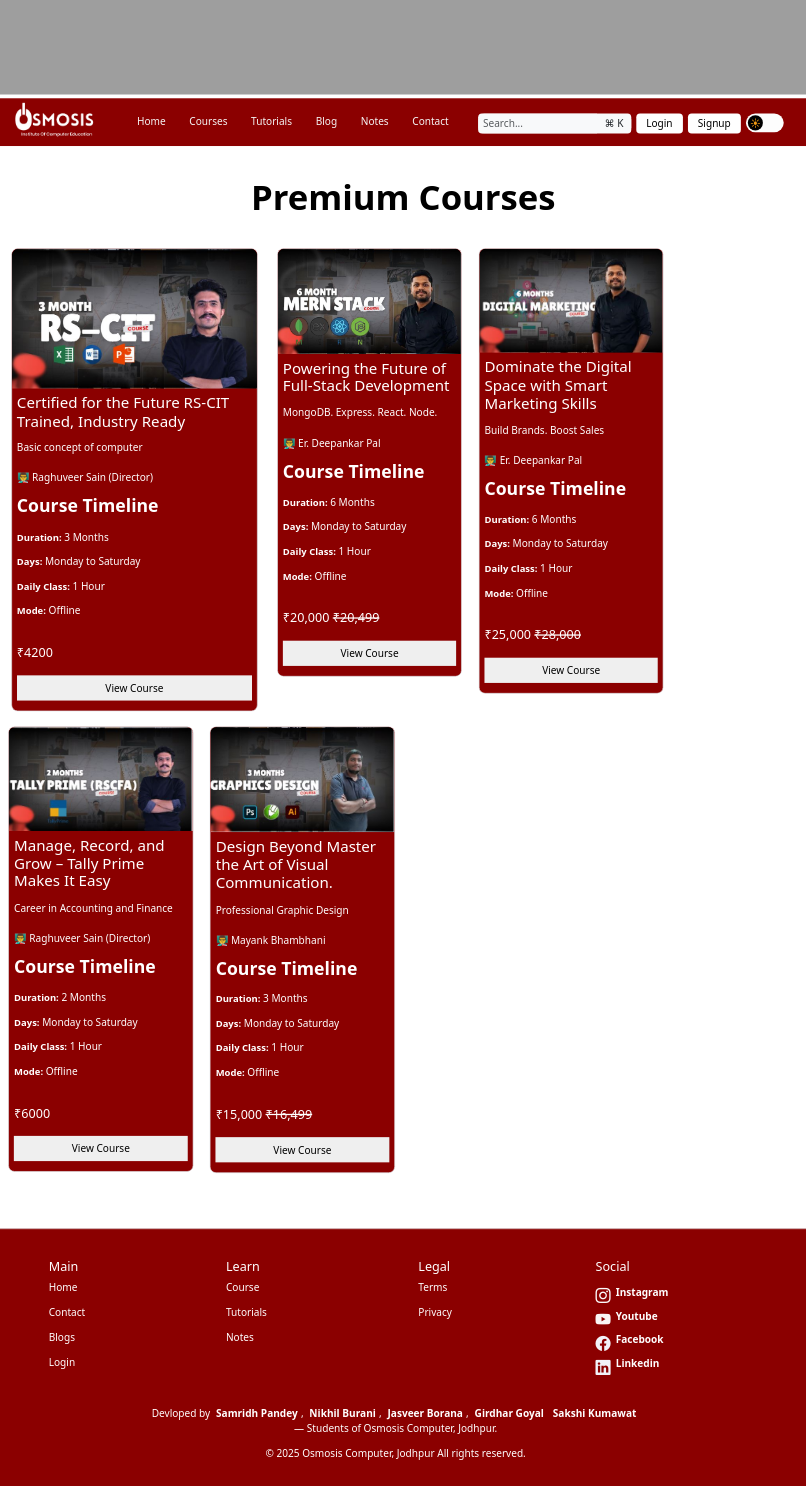
Repository: samriidhpandey/osmosis
Page: /Courses
The author's editor kept a copy of each file at every save. The page is drawn from the files as they stood at one save, then again after the next save.
The browser window is 1280 px wide. The pictures show the whole page, at 63% of full size.
Pictures or frames that could not be fetched are drawn as grey boxes. The project was rebuilt for these pictures with package versions that can differ from the ones it lists, and the page was loaded fresh each time. Also part of the build but not shown: vite.config.js, src/Section2.jsx, src/Section3.jsx, src/Section4.jsx, src/InfiniteReviewScroll.jsx, src/Section5.jsx, src/TypingText.jsx, src/AnimatedName.jsx and 103 more. Imported but missing from the stored project, and not drawn on this page: src/Images/final-app-on-mobile.mp4, src/Images/final-app-on-pc.mp4, src/Images/open-terminals.mp4, src/Images/python-location.mp4.

Above is the page before, as saved 2025-07-21 16:30:19.

### index.html
<!doctype html>
<html lang="en">
  <head>
    <meta charset="UTF-8" />
    <link rel="icon" type="image/png" href="./src/image/fe1.png" />
    <meta name="viewport" content="width=device-width, initial-scale=1.0" />
    <title>Osmosis Computer</title>
    <link href="https://cdn.jsdelivr.net/npm/bootstrap@5.0.2/dist/css/bootstrap.min.css" rel="stylesheet" integrity="sha384-EVSTQN3/azprG1Anm3QDgpJLIm9Nao0Yz1ztcQTwFspd3yD65VohhpuuCOmLASjC" crossorigin="anonymous">
    <link rel="stylesheet" href="https://cdnjs.cloudflare.com/ajax/libs/font-awesome/6.7.2/css/all.min.css" integrity="sha512-Evv84Mr4kqVGRNSgIGL/F/aIDqQb7xQ2vcrdIwxfjThSH8CSR7PBEakCr51Ck+w+/U6swU2Im1vVX0SVk9ABhg==" crossorigin="anonymous" referrerpolicy="no-referrer" />
    <link href="https://cdn.jsdelivr.net/npm/bootstrap@5.3.0/dist/css/bootstrap.min.css" rel="stylesheet" />
<link href="https://cdn.jsdelivr.net/npm/bootstrap-icons/font/bootstrap-icons.css" rel="stylesheet" />
<iframe src="https://my.spline.design/your-project-link" frameborder="0" width="100%" height="100%"></iframe>


  </head>
  <body>
    <div id="root"></div>
    <script type="module" src="/src/main.jsx"></script>
    <script src="https://cdn.jsdelivr.net/npm/bootstrap@5.0.2/dist/js/bootstrap.bundle.min.js" integrity="sha384-MrcW6ZMFYlzcLA8Nl+NtUVF0sA7MsXsP1UyJoMp4YLEuNSfAP+JcXn/tWtIaxVXM" crossorigin="anonymous"></script>
  </body>
</html>

### src/Footer.jsx
import React from 'react'
import get from './image/github.svg'
import get1 from './image/X.svg'
import get2 from './image/youtube.svg'
import { Link } from 'react-router-dom'
import get3 from './image/facebook.svg'


function Footer({isDark}) {
  const footer = {
    backgroundColor: isDark ? '#111827':'darkred',
    color: isDark ? 'white':'white',
  };
  return (
    <>
    <div className="container-fluid">
      <div className="row border-top" style={footer}>
        <div className="col-12 col-sm-12 col-md-12 col-lg-12 col-xl-11 col-xxl-10 m-auto ">
          <div className="row">
            <div className="col-6 col-sm-6 col-md-3 col-lg-3 col-xl-3 col-xxl-3 mt-5 ps-4 fot-menu">
              <h5>Main</h5>
              <Link to="/" className='text-white'><p>Home</p></Link>{""}
              <Link to="/Contact" className='text-white'><p>Contact</p></Link>{""}
              <Link to="/Blog" className='text-white'><p>Blogs</p></Link>{""}
              <Link to="/Login" className='text-white'><p>Login</p></Link>{""}
            </div>

            <div className="col-6 col-sm-6 col-md-3 col-lg-3 col-xl-3 col-xxl-3 mt-5">
              <h5>Learn</h5>
              <Link to="/Courses" className='text-white'><p>Course</p></Link>{""}
              <Link to="/Tutorial" className='text-white'><p>Tutorials</p></Link>{""}
              <Link to="/Notes" className='text-white'><p>Notes</p></Link>{""}

            </div>

            <div className="col-6 col-sm-6 col-md-3 col-lg-3 col-xl-3 col-xxl-3 mt-5 ps-4">
              <h5>Legal</h5>
              <Link to="/Terms" className='text-white'><p>Terms</p></Link>{""}
              <Link to="/Privacy" className='text-white'><p>Privacy</p></Link>{""}
              {/* <p>Refund</p> */}

            </div>

            <div className="col-6 col-sm-6 col-md-3 col-lg-3 col-xl-3 col-xxl-3 mt-5">
              <h5>Social</h5>
             <a href="https://www.instagram.com/osmosis_computer?igsh=MWkyNGtib2s1NG10OQ%3D%3D&utm_source=qr "
              target="_blank"
    rel="noopener noreferrer"
    style={{
      color:'white',
      textDecoration: "none",
      fontWeight: "bold",
      marginTop: "0px",
      marginBottom: "0px",
    }}
    onMouseOver={(e) => (e.target.style.textDecoration = "underline")}
    onMouseOut={(e) => (e.target.style.textDecoration = "none")}><div className="social d-flex p-0 mt-3"> <i className="bi bi-instagram" style={{fontSize:'24px', color:" #fcf9faff",}}></i><img className='img-fluid me-2 bg-light rounded' alt="" /> <p> Instagram</p></div> </a>


    <a href="https://www.youtube.com/@OsmosisComputerJodhpur "
              target="_blank"
    rel="noopener noreferrer"
    style={{
      color:'white',
      textDecoration: "none",
      fontWeight: "bold",
      marginTop: "0px",
      marginBottom: "0px",
    }}
    onMouseOver={(e) => (e.target.style.textDecoration = "underline")}
    onMouseOut={(e) => (e.target.style.textDecoration = "none")}><div className="social d-flex p-0 mt-3"> <i className="bi bi-youtube" style={{fontSize:'24px', color:" #f9f5f5ff",}}></i><img className='img-fluid me-2 bg-light rounded' alt="" /> <p> Youtube</p></div> </a>



    <a href="https://www.facebook.com/share/1LYuEtGZGp/?mibextid=wwXIfr"
              target="_blank"
    rel="noopener noreferrer"
    style={{
      color:'white',
      textDecoration: "none",
      fontWeight: "bold",
      marginTop: "0px",
      marginBottom: "0px",
    }}
    onMouseOver={(e) => (e.target.style.textDecoration = "underline")}
    onMouseOut={(e) => (e.target.style.textDecoration = "none")}><div className="social d-flex p-0 mt-3"> <i className="bi bi-facebook" style={{fontSize:'24px', color:" #f2f2f8ff",}}></i><img className='img-fluid me-2 bg-light rounded' alt="" /> <p> Facebook</p></div> </a>



    <a href="https://www.linkedin.com/company/osmosiscomputer/"
              target="_blank"
    rel="noopener noreferrer"
    style={{
      color:'white',
      textDecoration: "none",
      fontWeight: "bold",
      marginTop: "0px",
      marginBottom: "0px",
    }}
    onMouseOver={(e) => (e.target.style.textDecoration = "underline")}
    onMouseOut={(e) => (e.target.style.textDecoration = "none")}><div className="social d-flex p-0 mt-3"> <i className="bi bi-linkedin" style={{fontSize:'24px', color:" #f2f2f8ff",}}></i><img className='img-fluid me-2 bg-light rounded' alt="" /> <p>Linkedin</p></div> </a>



            </div>
          </div>
        </div>

        <div className="row">
          <div className="col-12">


  <footer
  className='mt-3'
  style={{
    padding: "1.5rem",
    textAlign: "center",


  }}
>
  Devloped by{" "}
  <a
    href="https://www.linkedin.com/in/samridh-pandey-771835317?utm_source=share&utm_campaign=share_via&utm_content=profile&utm_medium=android_app"
    target="_blank"
    rel="noopener noreferrer"
    style={{
      color:'white',
      textDecoration: "none",
      fontWeight: "bold",
      margin: "0 5px",
    }}
    onMouseOver={(e) => (e.target.style.textDecoration = "underline")}
    onMouseOut={(e) => (e.target.style.textDecoration = "none")}
  >
    Samridh Pandey
  </a>
  ,{" "}
  <a
    href="https://www.linkedin.com/in/nikhil-burani?utm_source=share&utm_campaign=share_via&utm_content=profile&utm_medium=android_app"
    target="_blank"
    rel="noopener noreferrer"
    style={{
      color:'white',
      textDecoration: "none",
      fontWeight: "bold",
      margin: "0 5px",
    }}
    onMouseOver={(e) => (e.target.style.textDecoration = "underline")}
    onMouseOut={(e) => (e.target.style.textDecoration = "none")}
  >
    Nikhil Burani
  </a>
  ,{" "}
  <a
    href="https://www.linkedin.com/in/jasveer-borana-39878a373?utm_source=share&utm_campaign=share_via&utm_content=profile&utm_medium=android_app "
    target="_blank"
    rel="noopener noreferrer"
    style={{
      color:'white',
      textDecoration: "none",
      fontWeight: "bold",
      margin: "0 5px",
    }}
    onMouseOver={(e) => (e.target.style.textDecoration = "underline")}
    onMouseOut={(e) => (e.target.style.textDecoration = "none")}
  >
    Jasveer Borana
  </a>
  ,{" "}
  <a
    href="https://www.linkedin.com/in/girdhar-goyal-1376b5332?lipi=urn%3Ali%3Apage%3Ad_flagship3_profile_view_base_contact_details%3B9WR3byrCTMq%2FaVpFyt54vQ%3D%3D"
    target="_blank"
    rel="noopener noreferrer"
    style={{
      textDecoration: "none",
      fontWeight: "bold",
      margin: "0 5px",
      color:'white',
    }}
    onMouseOver={(e) => (e.target.style.textDecoration = "underline")}
    onMouseOut={(e) => (e.target.style.textDecoration = "none")}
  >
    Girdhar Goyal
  </a>{" "}

  <a
    href="https://www.linkedin.com/in/sakshi-k-b046b4320?utm_source=share&utm_campaign=share_via&utm_content=profile&utm_medium=ios_app "
    target="_blank"
    rel="noopener noreferrer"
    style={{
      textDecoration: "none",
      fontWeight: "bold",
      margin: "0 5px",
      color:'white',
    }}
    onMouseOver={(e) => (e.target.style.textDecoration = "underline")}
    onMouseOut={(e) => (e.target.style.textDecoration = "none")}
  >
    Sakshi Kumawat
  </a>{" "}

  <p>—  Students of Osmosis Computer, Jodhpur.</p>
  <p>© 2025 Osmosis Computer, Jodhpur All rights reserved.</p>
</footer>



          </div>
        </div>
      </div>
    </div>
    </>
  )
}

export default Footer

### src/Component2/Courses.jsx
import React from 'react'
import ad1 from '../image/c1.jpg';
import ad2 from '../image/c2.jpg';
import ad3 from '../image/c3.jpg';
import ad4 from '../image/c4.jpg';
import ad5 from '../image/c5.jpg';
import { Link } from "react-router-dom";



function Courses({isDark}) {
  const Courses = {
    backgroundColor: isDark ? '#0E121B' : 'white',
    color: isDark ? 'white' : 'black',
  };
  const Courses1 = {
    backgroundColor: isDark ? 'black' : 'darkred',
    color: isDark ? 'white' : 'white',
  };


  const headingStyle = {
    // fontSize: "20px",
    fontWeight: "600",
    color: "white",
    marginBottom: "0px",
  };

  const itemStyle = {
    fontSize: "16px",
    color: "white",
    // lineHeight:'-100px',
    marginBottom: "-25px",
  };
  return (
    <>
    {/* <BrowserRouter> */}


    <div className="container-fluid">
      <div className="row"style={Courses}>
        <div className="col-12">
          <h1 className=' fw-bolder text-center mt-5 mb-4'>Premium Courses</h1>
          <div className="row mt-5 mb-5 pb-3">

           <div className="col-12 col-sm-12 col-md-6 col-lg-4 col-xl-4 col-xxl-4" >
            <Link to="/part1" className='part1'>
              <div className="row">
                <div className="col-11 border mb-4 pb-2 m-auto p-0 cour-card" style={Courses1}>
                    <div className="col-12 p-0 cour-img">
                <img src={ad1} className='img-fluid cour-img' alt="" />
              </div>
              <div className=" p-2">
            <h4 className=''>Certified for the Future RS-CIT Trained, Industry Ready</h4>
            <p className='mt-3'>Basic concept of computer</p>
            <p className='mt-4'>👨‍🏫 Raghuveer Sain (Director)</p>
            <h3 style={headingStyle}>Course Timeline</h3>
      <p style={itemStyle}><strong>Duration:</strong> 3 Months</p>
      <p style={itemStyle}><strong>Days:</strong> Monday to Saturday</p>
      <p style={itemStyle}><strong>Daily Class:</strong> 1 Hour</p>
      <p style={itemStyle}><strong>Mode:</strong> Offline </p>
            <h5 className='mt-5'>₹4200</h5>

            <button className='w-100 mt-3 border-0 pt-2 pb-2'>View Course</button>
          </div>
                </div>
              </div>

            </Link>{""}
          </div>


          <div className="col-12 col-sm-12 col-md-6 col-lg-4 col-xl-3 col-xxl-3">
            <Link to="/part2" className='part1'>
              <div className="row">
                <div className="col-11 border mb-4 pb-2 m-auto p-0 cour-card" style={Courses1}>
                    <div className="col-12 p-0 cour-img">
                <img src={ad2} className='img-fluid cour-img' alt="" />
              </div>
              <div className=" p-2">
            <h4 className=''>Powering the Future of Full-Stack Development</h4>
            <p className='mt-3'>MongoDB. Express. React. Node.</p>
            <p className='mt-4'>👨‍🏫 Er. Deepankar Pal</p>
            <h3 style={headingStyle}>Course Timeline</h3>
      <p style={itemStyle}><strong>Duration:</strong> 6 Months</p>
      <p style={itemStyle}><strong>Days:</strong> Monday to Saturday</p>
      <p style={itemStyle}><strong>Daily Class:</strong> 1 Hour</p>
      <p style={itemStyle}><strong>Mode:</strong> Offline </p>
            <h5 className='mt-5'>₹20,000 <s>₹20,499</s></h5>

            <button className='w-100 mt-3 border-0 pt-2 pb-2'>View Course</button>
          </div>
                </div>
              </div>
             </Link>{""}

          </div>



          <div className="col-12 col-sm-12 col-md-6 col-lg-4 col-xl-3 col-xxl-3">
            <Link to="/part3" className='part1'>
              <div className="row">
                <div className="col-11 border mb-4 pb-2 m-auto p-0 cour-card" style={Courses1}>
                    <div className="col-12 p-0 cour-img">
                <img src={ad3} className='img-fluid cour-img w-100' alt="" />
              </div>
              <div className=" p-2">
            <h4 className=''>Dominate the Digital Space with Smart Marketing Skills</h4>
            <p className='mt-3'>Build Brands. Boost Sales</p>
            <p className='mt-4'>👨‍🏫 Er. Deepankar Pal</p>
            <h3 style={headingStyle}>Course Timeline</h3>
      <p style={itemStyle}><strong>Duration:</strong> 6 Months</p>
      <p style={itemStyle}><strong>Days:</strong> Monday to Saturday</p>
      <p style={itemStyle}><strong>Daily Class:</strong> 1 Hour</p>
      <p style={itemStyle}><strong>Mode:</strong> Offline </p>
            <h5 className='mt-5'>₹25,000 <s>₹28,000</s></h5>

            <button className='w-100 mt-3 border-0 pt-2 pb-2'>View Course</button>
          </div>
                </div>
              </div>
             </Link>{""}

          </div>




          <div className="col-12 col-sm-12 col-md-6 col-lg-4 col-xl-3 col-xxl-3">
            <Link to="/part4" className='part1'>
              <div className="row">
                <div className="col-11 border mb-4 pb-2 m-auto p-0 cour-card" style={Courses1}>
                    <div className="col-12 p-0 cour-img">
                <img src={ad4} className='img-fluid cour-img w-100' alt="" />
              </div>
              <div className=" p-2">
            <h4 className=''>Manage, Record, and Grow – Tally Prime Makes It Easy</h4>
            <p className='mt-3'>Career in Accounting and Finance</p>
            <p className='mt-4'>👨‍🏫 Raghuveer Sain (Director)</p>
            <h3 style={headingStyle}>Course Timeline</h3>
      <p style={itemStyle}><strong>Duration:</strong> 2 Months</p>
      <p style={itemStyle}><strong>Days:</strong> Monday to Saturday</p>
      <p style={itemStyle}><strong>Daily Class:</strong> 1 Hour</p>
      <p style={itemStyle}><strong>Mode:</strong> Offline </p>
            <h5 className='mt-5'>₹6000</h5>

            <button className='w-100 mt-3 border-0 pt-2 pb-2'>View Course</button>
          </div>
                </div>
              </div>
             </Link>{""}

          </div>





          <div className="col-12 col-sm-12 col-md-6 col-lg-4 col-xl-3 col-xxl-3">
            <Link to="/part5" className='part1'>
              <div className="row">
                <div className="col-11 border mb-4 pb-2 m-auto p-0 cour-card" style={Courses1}>
                    <div className="col-12 p-0 cour-img">
                <img src={ad5} className='img-fluid cour-img w-100' alt="" />
              </div>
              <div className=" p-2">
            <h4 className=''>Design Beyond Master the Art of Visual Communication.</h4>
            <p className='mt-3'>Professional Graphic Design</p>
            <p className='mt-4'>👨‍🏫 Mayank Bhambhani</p>
            <h3 style={headingStyle}>Course Timeline</h3>
      <p style={itemStyle}><strong>Duration:</strong> 3 Months</p>
      <p style={itemStyle}><strong>Days:</strong> Monday to Saturday</p>
      <p style={itemStyle}><strong>Daily Class:</strong> 1 Hour</p>
      <p style={itemStyle}><strong>Mode:</strong> Offline </p>
            <h5 className='mt-5'>₹15,000 <s>₹16,499</s></h5>

            <button className='w-100 mt-3 border-0 pt-2 pb-2'>View Course</button>
          </div>
                </div>
              </div>
             </Link>{""}

          </div>





          </div>
        </div>
      </div>


    </div>


    </>
  )
}

export default Courses

Loaded but not shown: src/main.jsx (common file); src/App.jsx (426 lines, source omitted); src/App.css (1048 lines, source omitted); src/index.css (no stored copy; drawn as an empty file)

After the next save:
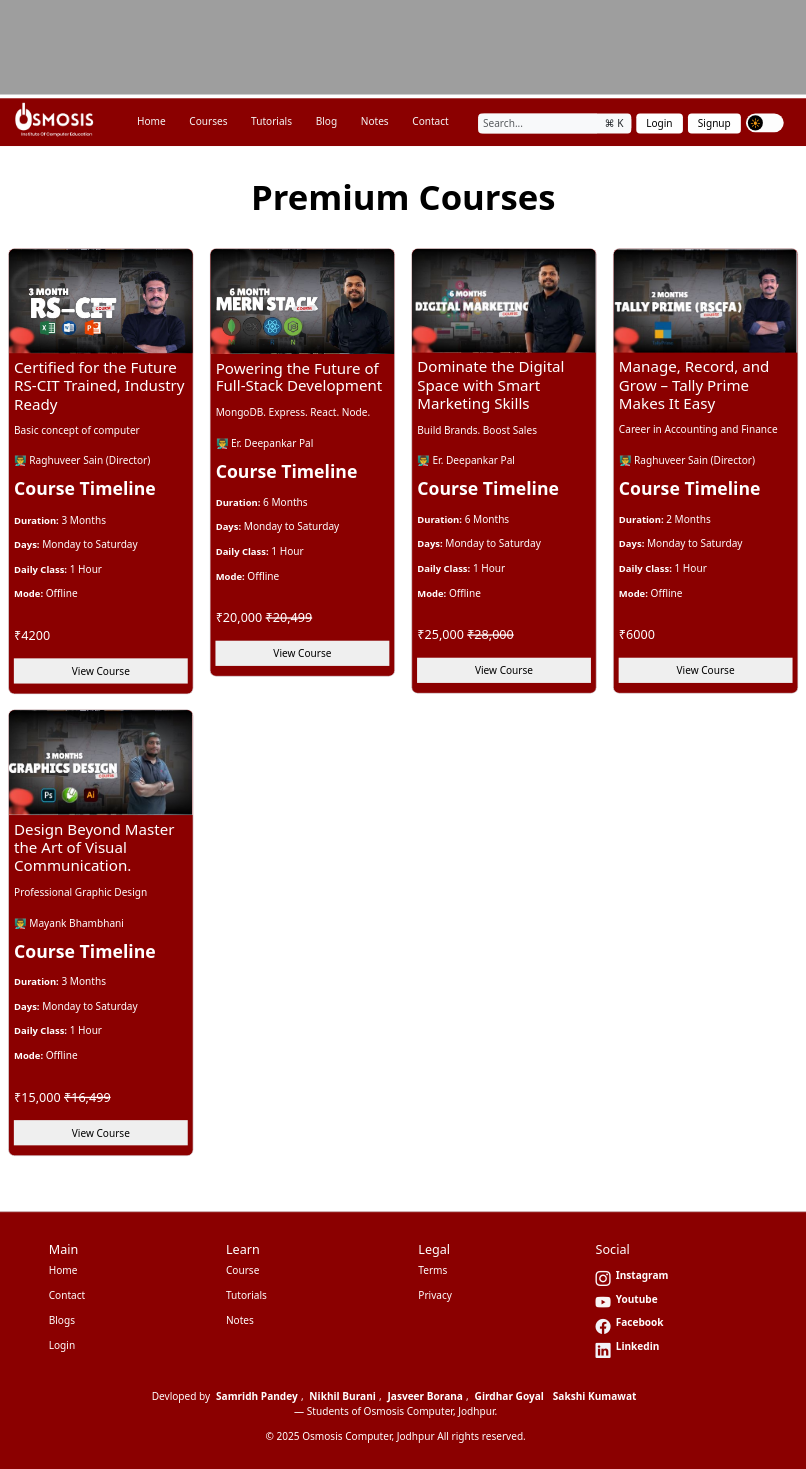
Saved 4 s later.
--- a/src/Component2/Courses.jsx
+++ b/src/Component2/Courses.jsx
@@ -43,7 +43,7 @@
           <h1 className=' fw-bolder text-center mt-5 mb-4'>Premium Courses</h1>
           <div className="row mt-5 mb-5 pb-3">
 
-           <div className="col-12 col-sm-12 col-md-6 col-lg-4 col-xl-4 col-xxl-4" >
+           <div className="col-12 col-sm-12 col-md-6 col-lg-4 col-xl-3 col-xxl-3" >
             <Link to="/part1" className='part1'>
               <div className="row">
                 <div className="col-11 border mb-4 pb-2 m-auto p-0 cour-card" style={Courses1}>
